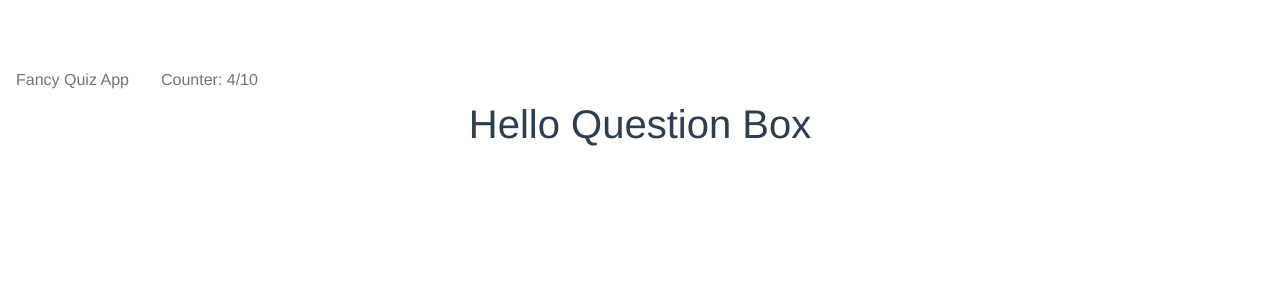
Repository: cacm96/Quiz
Page: /
The author's editor kept a copy of each file at every save. The page is drawn from the files as they stood at one save, then again after the next save.
The browser window is 1280 px wide. The pictures show the whole page.
The project was rebuilt for these pictures with package versions that can differ from the ones it lists, and the page was loaded fresh each time.

Above is the page before, as saved 2021-04-25 22:54:57.

After the next save:
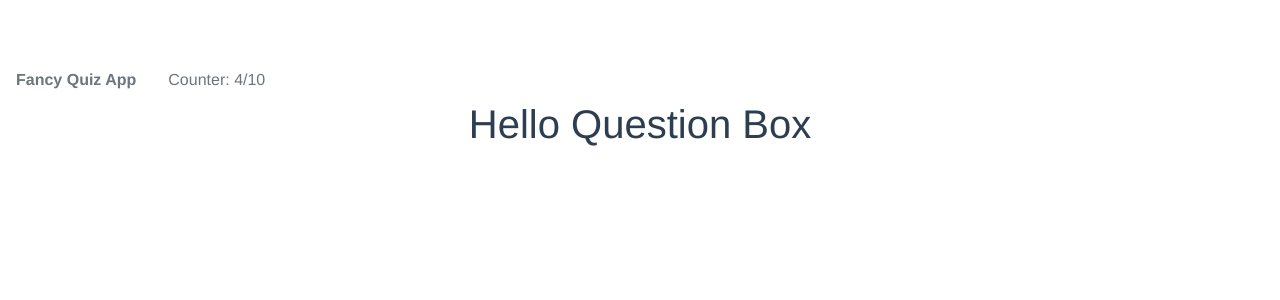
Saved 16 s later.
--- a/src/components/Header.vue
+++ b/src/components/Header.vue
@@ -1,6 +1,6 @@
 <template>
   <b-nav>
-    <b-nav-item disabled>Fancy Quiz App</b-nav-item>
+    <b-nav-item disabled><b>Fancy Quiz App</b></b-nav-item>
     <b-nav-item disabled>Counter: 4/10</b-nav-item>
   </b-nav>
 </template>
